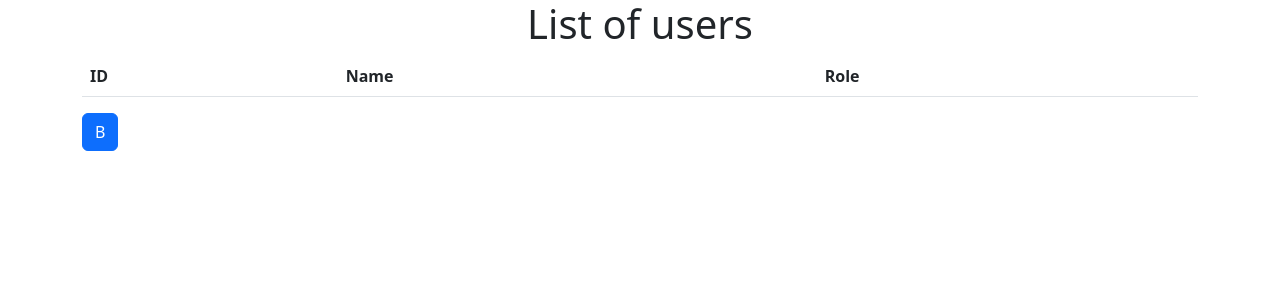
Repository: ahamie71/chat
Page: http://localhost/view/admin.phtml
The author's editor kept a copy of each file at every save. The page is drawn from the files as they stood at one save, then again after the next save.
The browser window is 1280 px wide. The pictures show the whole page.
Some web libraries are served in a nearby version. The page is run by PHP 8.4 with error messages shown; the project is at /var/www/html/. Queries for data that is not in the repository find no rows.

Above is the page before, as saved 2023-01-13 10:34:26.

### view/admin.phtml
<?php
$db = new PDO('mysql:host=localhost;dbname=train;charset=utf8', 'root', 'root');
$req = "SELECT * FROM user ";
$recupererstmt=$db->prepare($req);
$recupererstmt->execute();
$result=$recupererstmt->fetchAll();
?>
<!DOCTYPE html>
<html lang="en">
<head>
    <meta charset="UTF-8">
    <meta http-equiv="X-UA-Compatible" content="IE=edge">
    <meta name="viewport" content="width=device-width, initial-scale=1.0">
    <link href="https://cdn.jsdelivr.net/npm/bootstrap@5.2.3/dist/css/bootstrap.min.css" rel="stylesheet" integrity="sha384-rbsA2VBKQhggwzxH7pPCaAqO46MgnOM80zW1RWuH61DGLwZJEdK2Kadq2F9CUG65" crossorigin="anonymous">
  </head>
    <title>crud</title>
</head>
<body>
<div class="container">
<table class="table caption-top">
  <h1 class="text-center">List of users</h1>
  <thead>
    <tr>
      <th scope="col">ID</th>
      <th scope="col">Name</th>

      <th scope="col">Role</th>
    </tr>
  <?php
        foreach($result as $user){
    ?>
            <tr>
                <td><?= $user['id'] ?></td>
                <td><?= $user['name'] ?></td>

                <td><?= $user['role'] ?></td>
                <td><a  class="btn btn-success" href=""<?= $user['id'] ?>">Modifier</a> <a class="btn btn-danger" href="delete.php?id=<?= $user['id'] ?>">Supprimer</a></td>
                </tr>

            </th>
    <?php
        }
    ?>
    </tbody>
  </tbody>
</table>
  <button type="button" class="btn btn-primary" href="ajoutercrud.php">B</button>

<script src="https://kit.fontawesome.com/31149d48b0.js" crossorigin="anonymous"></script>
<script src="https://cdn.jsdelivr.net/npm/@popperjs/core@2.9.2/dist/umd/popper.min.js" integrity="sha384-IQsoLXl5PILFhosVNubq5LC7Qb9DXgDA9i+tQ8Zj3iwWAwPtgFTxbJ8NT4GN1R8p" crossorigin="anonymous"></script>
<script src="https://cdn.jsdelivr.net/npm/bootstrap@5.0.2/dist/js/bootstrap.min.js" integrity="sha384-cVKIPhGWiC2Al4u+LWgxfKTRIcfu0JTxR+EQDz/bgldoEyl4H0zUF0QKbrJ0EcQF" crossorigin="anonymous"></script>



</body>
</html>
</body>
</html>

After the next save:
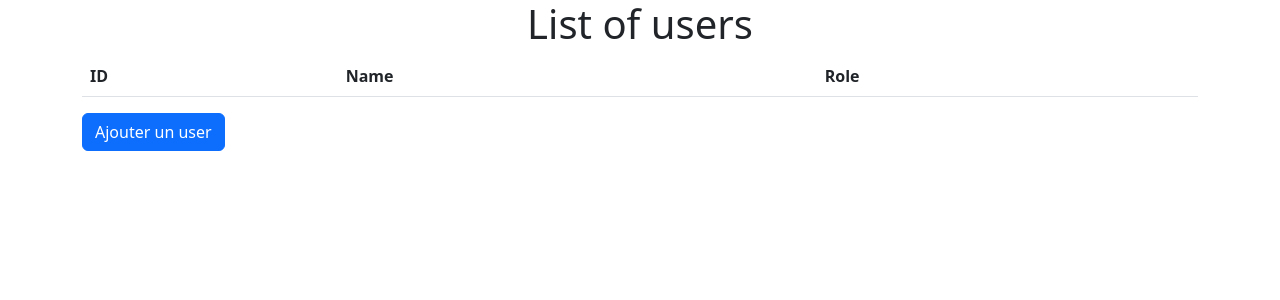
Saved 6 s later.
--- a/view/admin.phtml
+++ b/view/admin.phtml
@@ -44,7 +44,7 @@ $result=$recupererstmt->fetchAll();
     </tbody>
   </tbody>
 </table>
-  <button type="button" class="btn btn-primary" href="ajoutercrud.php">B</button>
+  <button type="button" class="btn btn-primary" href="ajoutercrud.php">Ajouter un user</button>
 
 <script src="https://kit.fontawesome.com/31149d48b0.js" crossorigin="anonymous"></script>
 <script src="https://cdn.jsdelivr.net/npm/@popperjs/core@2.9.2/dist/umd/popper.min.js" integrity="sha384-IQsoLXl5PILFhosVNubq5LC7Qb9DXgDA9i+tQ8Zj3iwWAwPtgFTxbJ8NT4GN1R8p" crossorigin="anonymous"></script>
